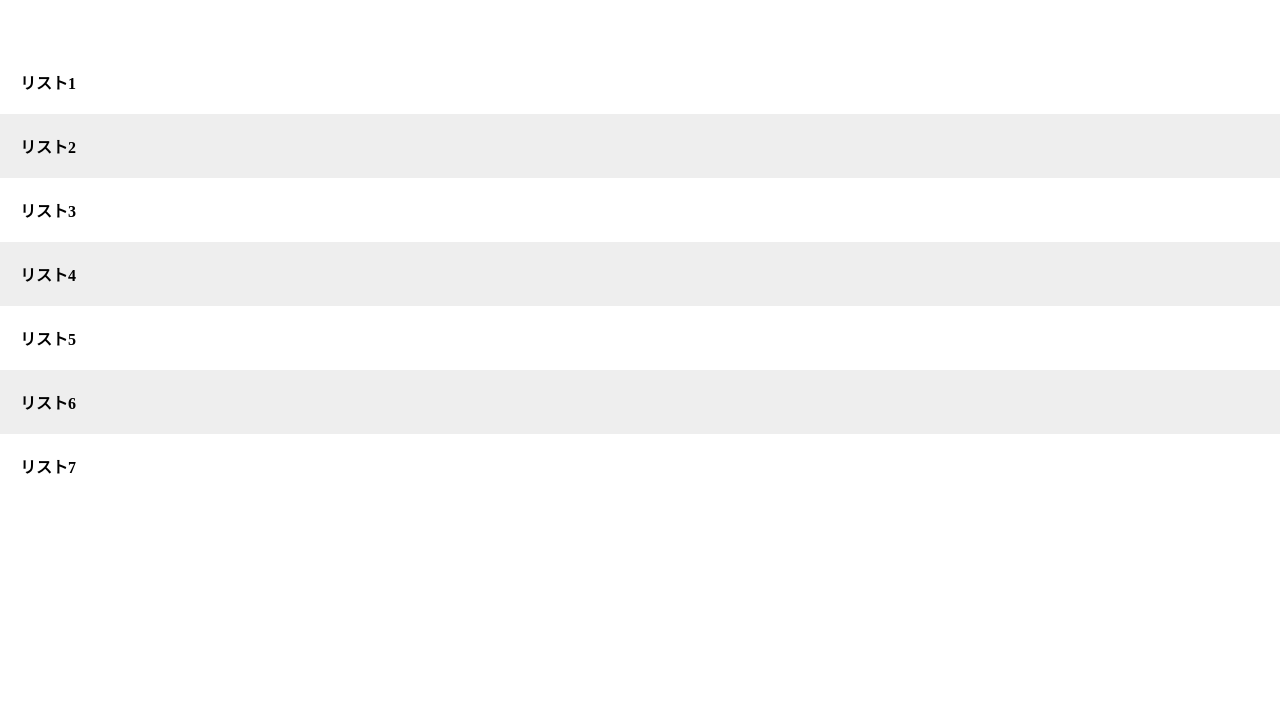
Repository: Tyubyasa/abc
Page: chapter8/chapter8.html
The author's editor kept a record of every edit. The page is drawn from the files as they stood at one moment, then again after the next edit.
The browser window is 1280 px wide. The pictures show the whole page.

Above is the page before.

After the next edit:
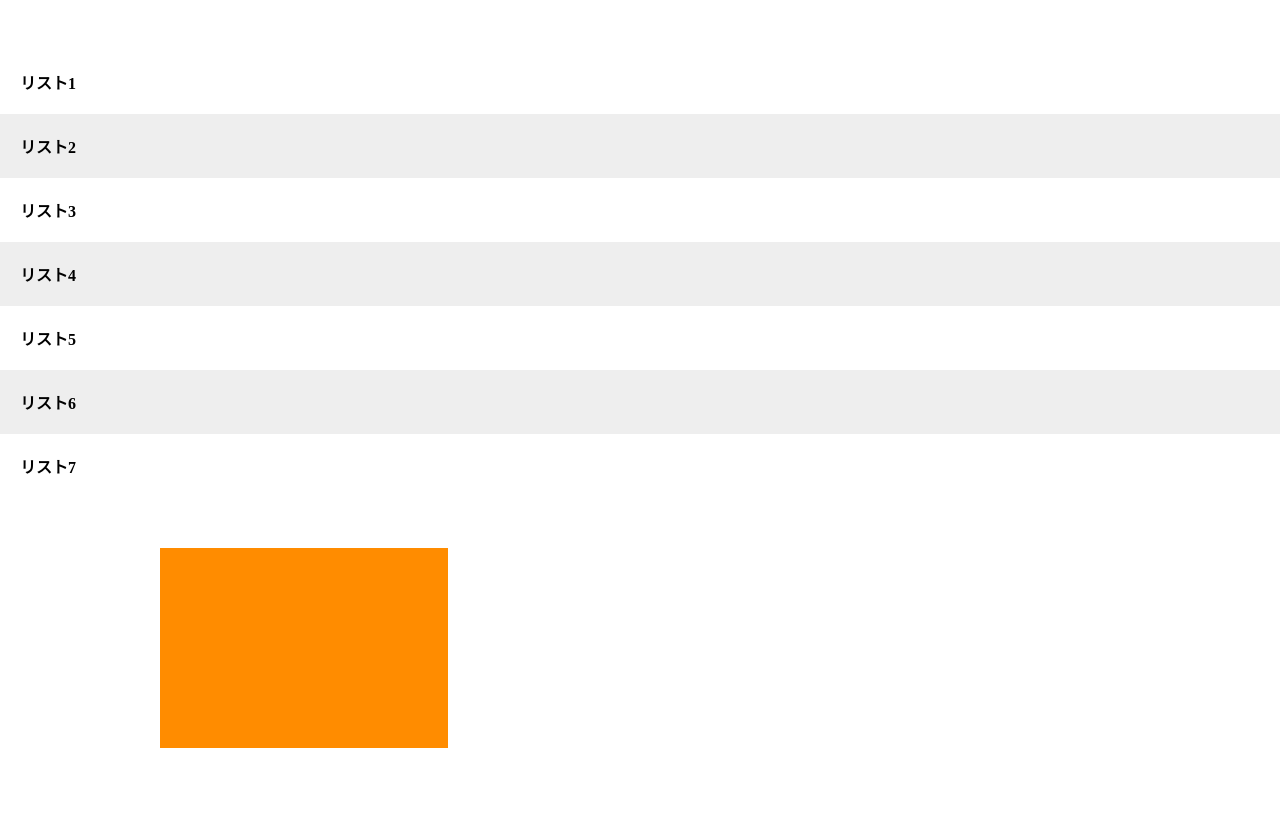
The edit:
--- a/chapter8/chapter8.html
+++ b/chapter8/chapter8.html
@@ -41,7 +41,8 @@
 
  <!-- main用のdiv -->
     <main>
-      <div class="box-list"></div>
+      <div class="box-list">
+        <div class="box"></div>
       <section class="box1">
          </section>
         <section class="box2">
